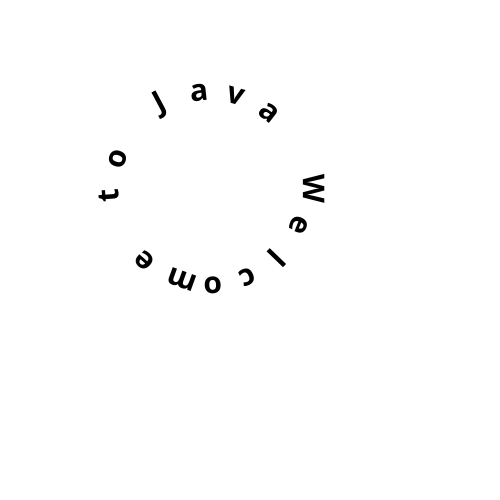
Repository: Mselenko/Java
Program's window: java w_5/JavaFx/src/task_3/CircleText.java
These files come from the project's save history. The program's window is drawn as it stood at one moment and after the next save; the edit follows.
It runs on Java 21 on a 1366 x 768 screen with JavaFX 11; the title bar is not drawn.

Above is the program's window before, as saved 2019-06-22 01:17:14.

After the next save:
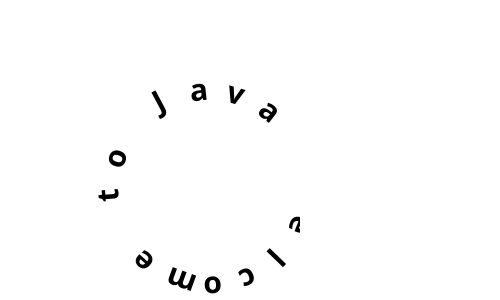
Saved 15 s later.
--- a/w_5/JavaFx/src/task_3/CircleText.java
+++ b/w_5/JavaFx/src/task_3/CircleText.java
@@ -36,7 +36,7 @@
 
         }
 
-        Scene scene = new Scene(pane, 500, 500);
+        Scene scene = new Scene(pane, 300, 300);
 
         stage.setTitle("Circle Text");
         stage.setScene(scene);
